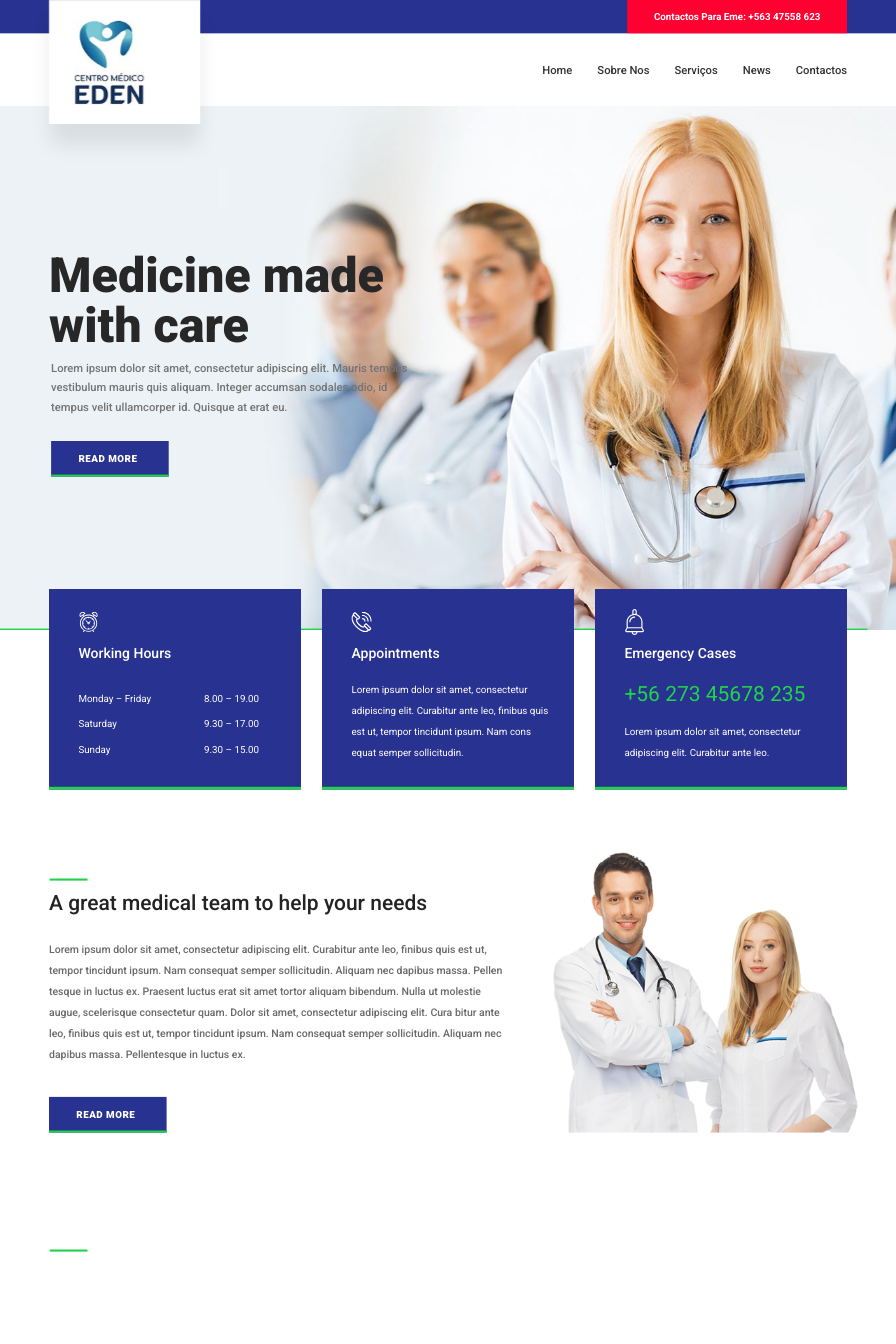
Repository: Nanitamo/centro-medico-eden-webpage
Page: index.html
The author's editor kept a copy of each file at every save. The page is drawn from the files as they stood at one save, then again after a run of saves.
The browser window is 1280 px wide. The pictures show the part of the page from y = 0 to 1920 px (the page is 4535 px tall), at 70% of full size.

Above is the page before, as saved 2020-06-18 13:21:09.

### index.html
<!DOCTYPE html>
<html lang="pt">
<head>
<title>Centro Médico Eden</title>
<meta charset="utf-8">
<meta http-equiv="X-UA-Compatible" content="IE=edge">
<meta name="description" content="CareMed demo project">
<meta name="viewport" content="width=device-width, initial-scale=1">
<link rel="stylesheet" type="text/css" href="styles/bootstrap4/bootstrap.min.css">
<link href="plugins/font-awesome-4.7.0/css/font-awesome.min.css" rel="stylesheet" type="text/css">
<link rel="stylesheet" type="text/css" href="plugins/OwlCarousel2-2.2.1/owl.carousel.css">
<link rel="stylesheet" type="text/css" href="plugins/OwlCarousel2-2.2.1/owl.theme.default.css">
<link rel="stylesheet" type="text/css" href="plugins/OwlCarousel2-2.2.1/animate.css">
<link rel="stylesheet" type="text/css" href="styles/main_styles.css">
<link rel="stylesheet" type="text/css" href="styles/responsive.css">
</head>
<body>

<div class="super_container">

	<!-- Header -->

	<header class="header trans_200">

		<!-- Top Bar -->
		<div class="top_bar">
			<div class="container">
				<div class="row">
					<div class="col">
						<div class="top_bar_content d-flex flex-row align-items-center justify-content-start">
							<!-- <div class="top_bar_item"><a href="#">FAQ</a></div>
							<div class="top_bar_item"><a href="#">Request an Appointment</a></div> -->
							<div class="emergencies  d-flex flex-row align-items-center justify-content-start ml-auto">Contactos Para Eme: +563 47558 623</div>
						</div>

					</div>
				</div>
			</div>
		</div>

		<!-- Header Content -->
		<div class="header_container">
			<div class="container">
				<div class="row">
					<div class="col">
						<div class="header_content d-flex flex-row align-items-center justify-content-start">
							<nav class="main_nav ml-auto">
								<ul>
									<li><a href="index.html">Home</a></li>
									<li><a href="about.html">Sobre Nos</a></li>
									<li><a href="services.html">Serviços</a></li>
									<li><a href="news.html">News</a></li>
									<li><a href="contact.html">Contactos</a></li>
								</ul>
							</nav>
							<div class="hamburger ml-auto"><i class="fa fa-bars" aria-hidden="true"></i></div>
						</div>
					</div>
				</div>
			</div>
		</div>

		<!-- Logo -->
		<div class="logo_container_outer">
			<div class="container">
				<div class="row">
					<div class="col">
						<div class="logo_container">
							<a href="#">
								<div class="logo_content d-flex flex-column align-items-start justify-content-center">
									<!-- <div class="logo_line"></div>
									<div class="logo d-flex flex-row align-items-center justify-content-center">
										<div class="logo_text">Care<span>Med</span></div>
										<div class="logo_box">+</div>
									</div>
									<div class="logo_sub">Health Care Center</div> -->
									<img src="./images/logo.jpg" alt="Logotipo" >
								</div>
							</a>
						</div>
					</div>
				</div>
			</div>
		</div>

	</header>

	<!-- Menu -->

	<div class="menu_container menu_mm">

		<!-- Menu Close Button -->
		<div class="menu_close_container">
			<div class="menu_close"></div>
		</div>

		<!-- Menu Items -->
		<div class="menu_inner menu_mm">
			<div class="menu menu_mm">
				<ul class="menu_list menu_mm">
					<li class="menu_item menu_mm"><a href="index.html">Home</a></li>
					<li class="menu_item menu_mm"><a href="about.html">About us</a></li>
					<li class="menu_item menu_mm"><a href="services.html">Services</a></li>
					<li class="menu_item menu_mm"><a href="news.html">News</a></li>
					<li class="menu_item menu_mm"><a href="contact.html">Contact</a></li>
				</ul>
			</div>
			<div class="menu_extra">
				<div class="menu_appointment"><a href="#">Request an Appointment</a></div>
				<div class="menu_emergencies">For Emergencies: +563 47558 623</div>
			</div>

		</div>

	</div>

	<!-- Home -->

	<div class="home">
		<div class="home_slider_container">
			<!-- Home Slider -->
			<div class="owl-carousel owl-theme home_slider">

				<!-- Slider Item -->
				<div class="owl-item">
					<div class="home_slider_background" style="background-image:url(images/home_background_1.jpg)"></div>
					<div class="home_content">
						<div class="container">
							<div class="row">
								<div class="col">
									<div class="home_content_inner">
										<div class="home_title"><h1>Medicine made with care</h1></div>
										<div class="home_text">
											<p>Lorem ipsum dolor sit amet, consectetur adipiscing elit. Mauris tempus vestibulum mauris quis aliquam. Integer accumsan sodales odio, id tempus velit ullamcorper id. Quisque at erat eu.</p>
										</div>
										<div class="button home_button">
											<a href="#">read more</a>
										</div>
									</div>
								</div>
							</div>
						</div>
					</div>
				</div>

				<!-- Slider Item -->
				<div class="owl-item">
					<div class="home_slider_background" style="background-image:url(images/home_background_1.jpg)"></div>
					<div class="home_content">
						<div class="container">
							<div class="row">
								<div class="col">
									<div class="home_content_inner">
										<div class="home_title"><h1>Medicine made with care</h1></div>
										<div class="home_text">
											<p>Lorem ipsum dolor sit amet, consectetur adipiscing elit. Mauris tempus vestibulum mauris quis aliquam. Integer accumsan sodales odio, id tempus velit ullamcorper id. Quisque at erat eu.</p>
										</div>
										<div class="button home_button">
											<a href="#">read more</a>
										</div>
									</div>
								</div>
							</div>
						</div>
					</div>
				</div>

				<!-- Slider Item -->
				<div class="owl-item">
					<div class="home_slider_background" style="background-image:url(images/home_background_1.jpg)"></div>
					<div class="home_content">
						<div class="container">
							<div class="row">
								<div class="col">
									<div class="home_content_inner">
										<div class="home_title"><h1>Medicine made with care</h1></div>
										<div class="home_text">
											<p>Lorem ipsum dolor sit amet, consectetur adipiscing elit. Mauris tempus vestibulum mauris quis aliquam. Integer accumsan sodales odio, id tempus velit ullamcorper id. Quisque at erat eu.</p>
										</div>
										<div class="button home_button">
											<a href="#">read more</a>
										</div>
									</div>
								</div>
							</div>
						</div>
					</div>
				</div>

			</div>

			<!-- Slider Progress -->
			<div class="home_slider_progress"></div>
		</div>
	</div>

	<!-- 3 Boxes -->

	<div class="boxes">
		<div class="container">
			<div class="row">

				<!-- Box -->
				<div class="col-lg-4 box_col">
					<div class="box working_hours">
						<div class="box_icon d-flex flex-column align-items-start justify-content-center"><div style="width:29px; height:29px;"><img src="images/alarm-clock.svg" alt=""></div></div>
						<div class="box_title">Working Hours</div>
						<div class="working_hours_list">
							<ul>
								<li class="d-flex flex-row align-items-center justify-content-start">
									<div>Monday – Friday</div>
									<div class="ml-auto">8.00 – 19.00</div>
								</li>
								<li class="d-flex flex-row align-items-center justify-content-start">
									<div>Saturday</div>
									<div class="ml-auto">9.30 – 17.00</div>
								</li>
								<li class="d-flex flex-row align-items-center justify-content-start">
									<div>Sunday</div>
									<div class="ml-auto">9.30 – 15.00</div>
								</li>
							</ul>
						</div>
					</div>
				</div>

				<!-- Box -->
				<div class="col-lg-4 box_col">
					<div class="box box_appointments">
						<div class="box_icon d-flex flex-column align-items-start justify-content-center"><div style="width: 29px; height:29px;"><img src="images/phone-call.svg" alt=""></div></div>
						<div class="box_title">Appointments</div>
						<div class="box_text">Lorem ipsum dolor sit amet, consectetur adipiscing elit. Curabitur ante leo, finibus quis est ut, tempor tincidunt ipsum. Nam cons equat semper sollicitudin.</div>
					</div>
				</div>

				<!-- Box -->
				<div class="col-lg-4 box_col">
					<div class="box box_emergency">
						<div class="box_icon d-flex flex-column align-items-start justify-content-center"><div style="width: 37px; height:37px; margin-left:-4px;"><img src="images/bell.svg" alt=""></div></div>
						<div class="box_title">Emergency Cases</div>
						<div class="box_phone">+56 273 45678 235</div>
						<div class="box_emergency_text">Lorem ipsum dolor sit amet, consectetur adipiscing elit. Curabitur ante leo.</div>
					</div>
				</div>

			</div>
		</div>
	</div>

	<!-- About -->

	<div class="about">
		<div class="container">
			<div class="row row-lg-eq-height">

				<!-- About Content -->
				<div class="col-lg-7">
					<div class="about_content">
						<div class="section_title"><h2>A great medical team to help your needs</h2></div>
						<div class="about_text">
							<p>Lorem ipsum dolor sit amet, consectetur adipiscing elit. Curabitur ante leo, finibus quis est ut, tempor tincidunt ipsum. Nam consequat semper sollicitudin. Aliquam nec dapibus massa. Pellen tesque in luctus ex. Praesent luctus erat sit amet tortor aliquam bibendum. Nulla ut molestie augue, scelerisque consectetur quam. Dolor sit amet, consectetur adipiscing elit. Cura bitur ante leo, finibus quis est ut, tempor tincidunt ipsum. Nam consequat semper sollicitudin. Aliquam nec dapibus massa. Pellentesque in luctus ex.</p>
						</div>
						<div class="button about_button">
							<a href="#">read more</a>
						</div>
					</div>
				</div>

				<!-- About Image -->
				<div class="col-lg-5">
					<div class="about_image"><img src="images/about.png" alt=""></div>
				</div>
			</div>
		</div>
	</div>

	<!-- Departments -->

	<div class="departments">
		<div class="departments_background parallax-window" data-parallax="scroll" data-image-src="images/departments.jpg" data-speed="0.8"></div>
		<div class="container">
			<div class="row">
				<div class="col">
					<div class="section_title section_title_light"><h2>Our Medical Departments</h2></div>
				</div>
			</div>
			<div class="row departments_row row-md-eq-height">

				<!-- Department -->
				<div class="col-lg-3 col-md-6 dept_col">
					<div class="dept">
						<div class="dept_image"><img src="images/dept_1.jpg" alt=""></div>
						<div class="dept_content text-center">
							<div class="dept_title">plastic surgery</div>
							<div class="dept_subtitle">Dr. James Smith</div>
						</div>
					</div>
				</div>

				<!-- Department -->
				<div class="col-lg-3 col-md-6 dept_col">
					<div class="dept">
						<div class="dept_image"><img src="images/dept_2.jpg" alt=""></div>
						<div class="dept_content text-center">
							<div class="dept_title">gastroenterology</div>
							<div class="dept_subtitle">Dr. Gunter Roscoe</div>
						</div>
					</div>
				</div>

				<!-- Department -->
				<div class="col-lg-3 col-md-6 dept_col">
					<div class="dept">
						<div class="dept_image"><img src="images/dept_3.jpg" alt=""></div>
						<div class="dept_content text-center">
							<div class="dept_title">dentistry</div>
							<div class="dept_subtitle">Dr. Maria Williams</div>
						</div>
					</div>
				</div>

				<!-- Department -->
				<div class="col-lg-3 col-md-6 dept_col">
					<div class="dept">
						<div class="dept_text">
							<p>Lorem ipsum dolor sit amet, consectetur adipiscing elit. Curabitur ante leo, finibus quis est ut, tempor tincidunt ipsum. Nam consequat semper sollicitudin. Aliquam nec dap ibus massa. Pellen tesque in luctus ex.</p>
						</div>
						<div class="button dept_button"><a href="#">read more</a></div>
					</div>
				</div>
			</div>
		</div>
	</div>

	<!-- Services -->

	<div class="services">
		<div class="container">
			<div class="row">
				<div class="col">
					<div class="section_title"><h2>Our Featured Services</h2></div>
				</div>
			</div>
			<div class="row services_row">

				<!-- Service -->
				<div class="col-lg-4 col-md-6 service_col">
					<a href="services.html">
						<div class="service text-center trans_200">
							<div class="service_icon"><img class="svg" src="images/service_1.svg" alt=""></div>
							<div class="service_title trans_200">Free Checkups</div>
							<div class="service_text">
								<p>Lorem ipsum dolor sit amet, consectetur adipiscing elit. Curabitur ante leo, finibus quis est ut, tempor tincidunt ipsum. Nam consequat semper sollicitudin.</p>
							</div>
						</div>
					</a>
				</div>

				<!-- Service -->
				<div class="col-lg-4 col-md-6 service_col">
					<a href="services.html">
						<div class="service text-center trans_200">
							<div class="service_icon"><img class="svg" src="images/service_2.svg" alt=""></div>
							<div class="service_title trans_200">Screening Exams</div>
							<div class="service_text">
								<p>Lorem ipsum dolor sit amet, consectetur adipiscing elit. Curabitur ante leo, finibus quis est ut, tempor tincidunt ipsum. Nam consequat semper sollicitudin.</p>
							</div>
						</div>
					</a>
				</div>

				<!-- Service -->
				<div class="col-lg-4 col-md-6 service_col">
					<a href="services.html">
						<div class="service text-center trans_200">
							<div class="service_icon"><img class="svg" src="images/service_3.svg" alt=""></div>
							<div class="service_title trans_200">RMI Services</div>
							<div class="service_text">
								<p>Lorem ipsum dolor sit amet, consectetur adipiscing elit. Curabitur ante leo, finibus quis est ut, tempor tincidunt ipsum. Nam consequat semper sollicitudin.</p>
							</div>
						</div>
					</a>
				</div>

				<!-- Service -->
				<div class="col-lg-4 col-md-6 service_col">
					<a href="services.html">
						<div class="service text-center trans_200">
							<div class="service_icon"><img class="svg" src="images/service_4.svg" alt=""></div>
							<div class="service_title trans_200">Dentistry</div>
							<div class="service_text">
								<p>Lorem ipsum dolor sit amet, consectetur adipiscing elit. Curabitur ante leo, finibus quis est ut, tempor tincidunt ipsum. Nam consequat semper sollicitudin.</p>
							</div>
						</div>
					</a>
				</div>

				<!-- Service -->
				<div class="col-lg-4 col-md-6 service_col">
					<a href="services.html">
						<div class="service text-center trans_200">
							<div class="service_icon"><img class="svg" src="images/service_5.svg" alt=""></div>
							<div class="service_title trans_200">Neonatology</div>
							<div class="service_text">
								<p>Lorem ipsum dolor sit amet, consectetur adipiscing elit. Curabitur ante leo, finibus quis est ut, tempor tincidunt ipsum. Nam consequat semper sollicitudin.</p>
							</div>
						</div>
					</a>
				</div>

				<!-- Service -->
				<div class="col-lg-4 col-md-6 service_col">
					<a href="services.html">
						<div class="service text-center trans_200">
							<div class="service_icon"><img class="svg" src="images/service_6.svg" alt=""></div>
							<div class="service_title trans_200">Biochemistry</div>
							<div class="service_text">
								<p>Lorem ipsum dolor sit amet, consectetur adipiscing elit. Curabitur ante leo, finibus quis est ut, tempor tincidunt ipsum. Nam consequat semper sollicitudin.</p>
							</div>
						</div>
					</a>
				</div>
			</div>
		</div>
	</div>

	<!-- Call to action -->

	<div class="cta">
		<div class="cta_background parallax-window" data-parallax="scroll" data-image-src="images/cta.jpg" data-speed="0.8"></div>
		<div class="container">
			<div class="row">
				<div class="col">
					<div class="cta_content text-center">
						<h2>Need a personal health plan?</h2>
						<p>Duis massa massa, mollis vel ullamcorper quis, finibus et urna. Aliquam ac eleifend metus. Ut sollicitudin risus ex</p>
						<div class="button cta_button"><a href="#">request a plan</a></div>
					</div>
				</div>
			</div>
		</div>
	</div>

	<!-- Footer -->

	<footer class="footer">
		<div class="footer_container">
			<div class="container">
				<div class="row">

					<!-- Footer - About -->
					<div class="col-lg-4 footer_col">
						<div class="footer_about">
							<div class="footer_logo_container">
								<a href="#" class="d-flex flex-column align-items-center justify-content-center">
									<!-- <div class="logo_content">
										<div class="logo d-flex flex-row align-items-center justify-content-center">
											<div class="logo_text">Care<span>Med</span></div>
											<div class="logo_box">+</div>
										</div>
										<div class="logo_sub">Health Care Center</div>
									</div> -->
									<img src="./images/logo.jpg" alt="Logotipo">
								</a>
							</div>
							<div class="footer_about_text">
								<p>Lorem ipsum dolor sit amet, conse ctetur adipiscing elit. Curabitur ante leo, finibus quis est ut, tempor tincidunt ipsum.</p>
							</div>
							<ul class="footer_about_list">
								<li><div class="footer_about_icon"><img src="images/phone-call.svg" alt=""></div><span>+45 677 8993000 223</span></li>
								<li><div class="footer_about_icon"><img src="images/envelope.svg" alt=""></div><span>office@template.com</span></li>
								<li><div class="footer_about_icon"><img src="images/placeholder.svg" alt=""></div><span>Main Str. no 45-46, b3, 56832, Los Angeles, CA</span></li>
							</ul>
						</div>
					</div>

					<!-- Footer - Links -->
					<div class="col-lg-4 footer_col">
						<div class="footer_links footer_column">
							<div class="footer_title">Useful Links</div>
							<ul>
								<li><a href="#">Testimonials</a></li>
								<li><a href="#">FAQ</a></li>
								<li><a href="#">Apply for a Job</a></li>
								<li><a href="#">Terms & Conditions</a></li>
								<li><a href="#">Our Partners</a></li>
								<li><a href="#">Services</a></li>
								<li><a href="#">Free services</a></li>
								<li><a href="#">About us</a></li>
								<li><a href="#">News</a></li>
								<li><a href="#">Contact</a></li>
								<li><a href="#">Our Screening Program</a></li>
								<li><a href="#">FAQ</a></li>
							</ul>
						</div>
					</div>

					<!-- Footer - News -->
					<div class="col-lg-4 footer_col">
						<div class="footer_news footer_column">
							<div class="footer_title">Useful Links</div>
							<ul>
								<li>
									<div class="footer_news_title"><a href="news.html">Aliquam ac eleifend metus</a></div>
									<div class="footer_news_date">March 10, 2018</div>
								</li>
								<li>
									<div class="footer_news_title"><a href="news.html">Donec in libero sit amet mi vulputate</a></div>
									<div class="footer_news_date">March 10, 2018</div>
								</li>
								<li>
									<div class="footer_news_title"><a href="news.html">Aliquam ac eleifend metus</a></div>
									<div class="footer_news_date">March 10, 2018</div>
								</li>
							</ul>
						</div>
					</div>
				</div>
			</div>
		</div>
		<div class="copyright">
			<div class="container">
				<div class="row">
					<div class="col">
						<div class="copyright_content d-flex flex-lg-row flex-column align-items-lg-center justify-content-start">
							<div class="cr"><!-- Link back to Colorlib can't be removed. Template is licensed under CC BY 3.0. -->
						Copyright &copy;<script>document.write(new Date().getFullYear());</script> Todos os Direitos Reservados <i class="fa fa-heart-o" aria-hidden="true"></i> by <a href="" target="_blank">Centro Medico Eden</a>
<!-- Link back to Colorlib can't be removed. Template is licensed under CC BY 3.0. --></div>
							<div class="footer_social ml-lg-auto">
								<ul>
									<li><a href="#"><i class="fa fa-pinterest" aria-hidden="true"></i></a></li>
									<li><a href="#"><i class="fa fa-facebook" aria-hidden="true"></i></a></li>
									<li><a href="#"><i class="fa fa-twitter" aria-hidden="true"></i></a></li>
									<li><a href="#"><i class="fa fa-dribbble" aria-hidden="true"></i></a></li>
									<li><a href="#"><i class="fa fa-behance" aria-hidden="true"></i></a></li>
									<li><a href="#"><i class="fa fa-linkedin" aria-hidden="true"></i></a></li>
								</ul>
							</div>
						</div>
					</div>
				</div>
			</div>
		</div>
	</footer>
</div>

<script src="js/jquery-3.2.1.min.js"></script>
<script src="styles/bootstrap4/popper.js"></script>
<script src="styles/bootstrap4/bootstrap.min.js"></script>
<script src="plugins/OwlCarousel2-2.2.1/owl.carousel.js"></script>
<script src="plugins/easing/easing.js"></script>
<script src="plugins/parallax-js-master/parallax.min.js"></script>
<script src="js/custom.js"></script>
</body>
</html>

Loaded but not shown: styles/bootstrap4/bootstrap.min.css (library); plugins/font-awesome-4.7.0/css/font-awesome.min.css (library); plugins/OwlCarousel2-2.2.1/owl.carousel.css (library); plugins/OwlCarousel2-2.2.1/owl.theme.default.css (common file); plugins/OwlCarousel2-2.2.1/animate.css (library); js/jquery-3.2.1.min.js (library); styles/bootstrap4/popper.js (library); styles/bootstrap4/bootstrap.min.js (library); plugins/OwlCarousel2-2.2.1/owl.carousel.js (library); plugins/easing/easing.js (library); plugins/parallax-js-master/parallax.min.js (library); js/custom.js (204 lines, source omitted); styles/main_styles.css (1310 lines, source omitted); styles/responsive.css (427 lines, source omitted)

After the next 2 saves:
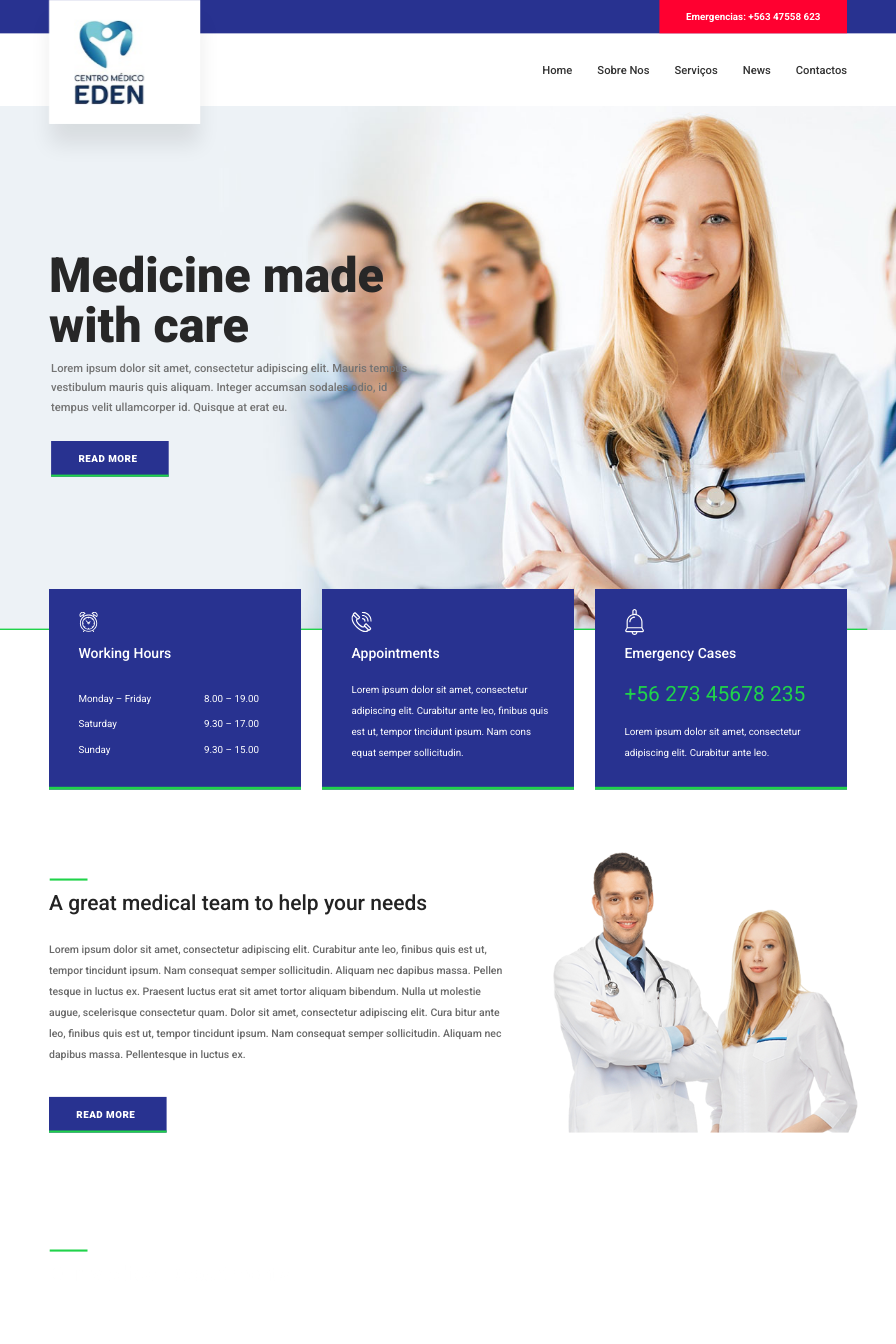
The 2 saves are shown as one change because they came seconds apart.
The last was saved 11 s later.
--- a/index.html
+++ b/index.html
@@ -30,7 +30,7 @@
 						<div class="top_bar_content d-flex flex-row align-items-center justify-content-start">
 							<!-- <div class="top_bar_item"><a href="#">FAQ</a></div>
 							<div class="top_bar_item"><a href="#">Request an Appointment</a></div> -->
-							<div class="emergencies  d-flex flex-row align-items-center justify-content-start ml-auto">Contactos Para Eme: +563 47558 623</div>
+							<div class="emergencies  d-flex flex-row align-items-center justify-content-start ml-auto">Emergencias: +563 47558 623</div>
 						</div>
 
 					</div>
